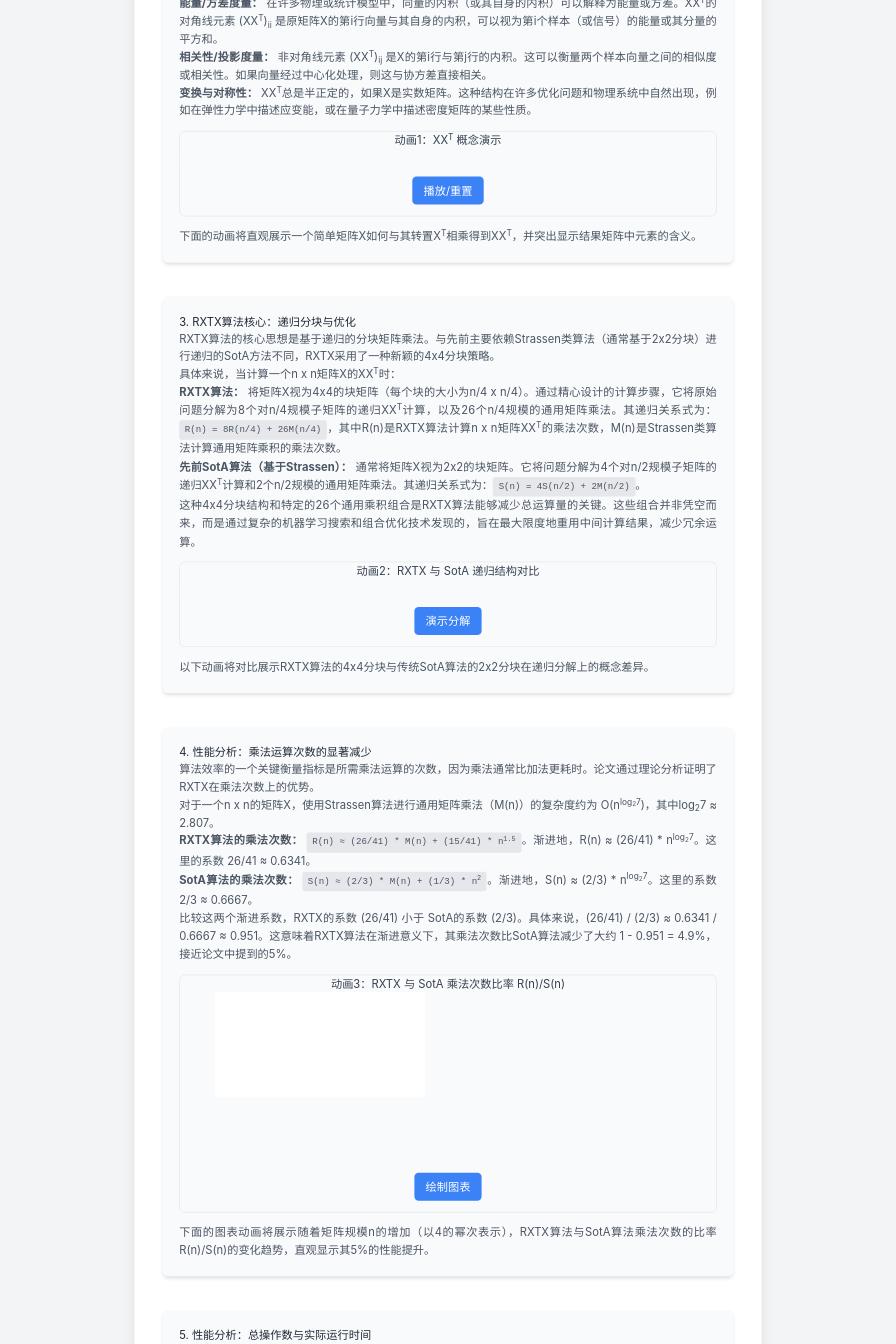
Repository: james130012/newcline
Page: useful/6.新矩阵乘法.html
An editor plug-in stored every save of this project. The page is shown before and after the next save, followed by the edit.
The browser window is 1280 px wide. The pictures show the part of the page from y = 756 to 2676 px (the page is 4820 px tall before and 5320 px after), at 70% of full size.
Some web libraries are served in a nearby version.

Above is the page before, as saved 2025-05-17 16:57:10.
Console error: SyntaxError: Unexpected end of input

After the next save:
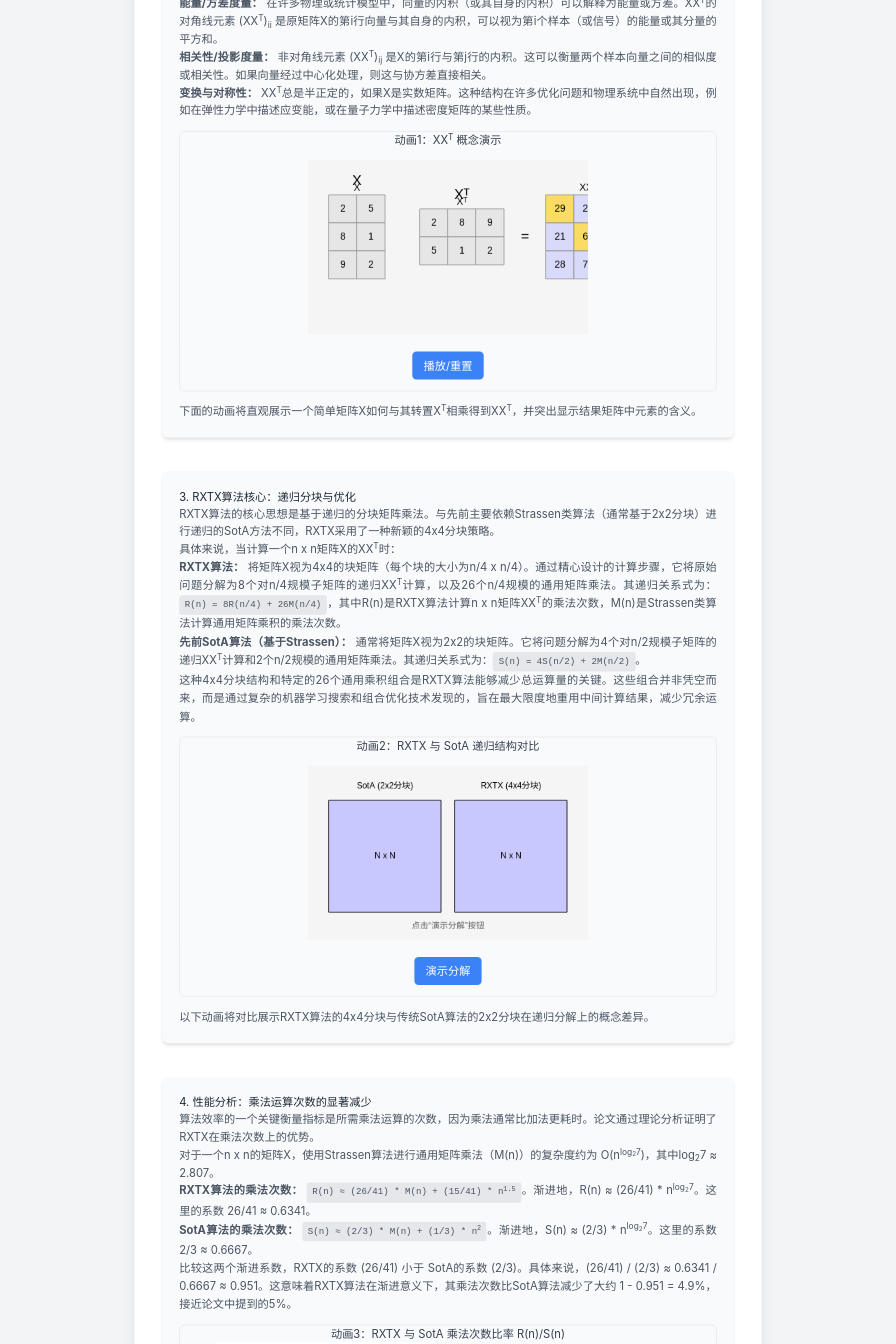
Console error: TypeError: Cannot read properties of null (reading 'update')
Saved 23 s later.
--- a/useful/6.新矩阵乘法.html
+++ b/useful/6.新矩阵乘法.html
@@ -455,9 +455,9 @@ function createChart4() {
     const ctx = document.getElementById('chart4').getContext('2d');
     if (chart4Instance) {
         chart4Instance.destroy();
-
-
-    const labels = ['2.3-2.4', '2.4-2.5', '2.5-2.6', '2.6-2.7', '2.7-2.8', '2.8-2.9', '2.9-3.0']; // More granular bins
+        }
+
+        const labels = ['2.3-2.4', '2.4-2.5', '2.5-2.6', '2.6-2.7', '2.7-2.8', '2.8-2.9', '2.9-3.0']; // More granular bins
     // Data roughly simulating Fig 5, RXTX peak earlier and tighter, Default peak later and wider
     const rxtxData = [60, 370, 490, 80, 10, 0, 0];
     const defaultData = [0, 15, 90, 230, 180, 35, 5];
